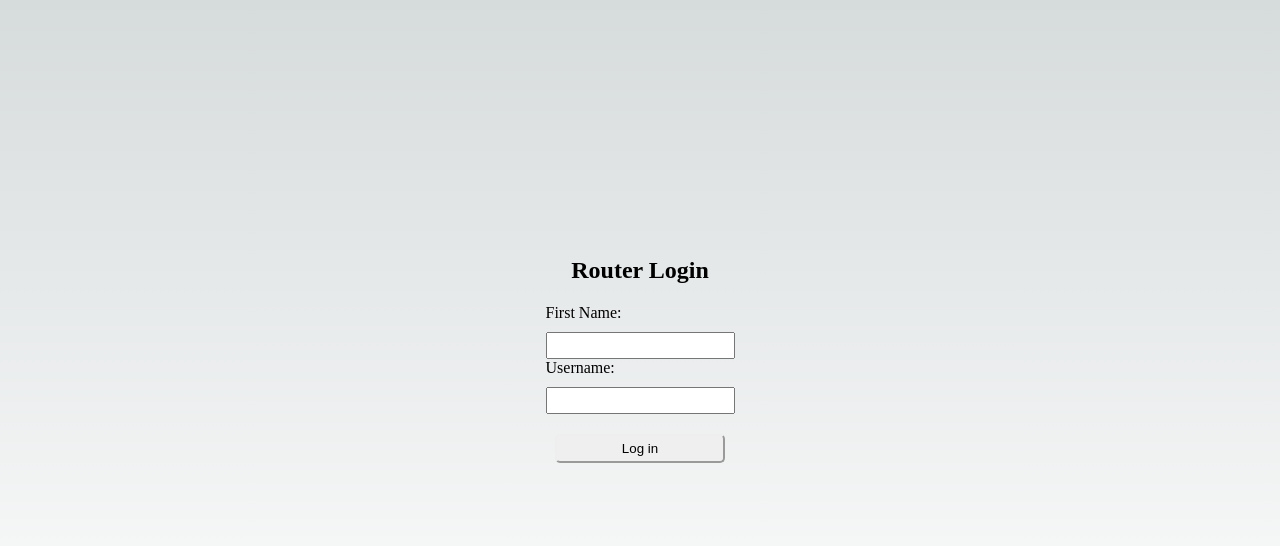
Repository: Mariessa-Pinto/week2-next.js-next-router-login
Page: /
An editor plug-in stored every save of this project. The page is shown before and after the next save, followed by the edit.
The browser window is 1280 px wide. The pictures show the whole page.
The project was rebuilt for these pictures with package versions that can differ from the ones it lists, and the page was loaded fresh each time. The framework's server and built-in components were replaced by stand-ins that run in the browser. Also part of the build but not shown: next.config.js.

Above is the page before, as saved 2023-01-11 07:50:04.

### pages/index.js
import Head from 'next/head'
import Image from 'next/image'
import { Inter } from '@next/font/google'
import styles from '../styles/Home.module.css'
import { useState } from 'react'
import { useRouter } from 'next/router'

const inter = Inter({ subsets: ['latin'] })

export default function Home() {

  const router = useRouter()

  const [formData, setFormData] = useState({
    firstName: '',
    username: ''
  })

  const CheckLogin = () => {
    console.log(formData.firstName)
    console.log(formData)

    if(formData.username !== null) {
      router.push( {
        pathname: './counter',
        query: {
          username: formData.username
        }
      })
    }
  }

  return (
    <>
      <Head>
        <title>Create Next App</title>
        <meta name="description" content="Generated by create next app" />
        <meta name="viewport" content="width=device-width, initial-scale=1" />
        <link rel="icon" href="/favicon.ico" />
      </Head>
      <main className={styles.main}>

       <h2>Router Login</h2>
       <div className={styles.form}>
        <div className={styles.inputField}>
          <label>First Name:</label>
          <input
            className={styles.input}
            type = "text"
            id = "first"
            name = "first"
            required
            pattern ="[A-Z]{1}[a-z]{2,10}"
            title="The first letter should be capitalized"
            onChange={(e => setFormData({...formData, firstName: e.target.value}))}
          />
        </div>

        <div className={styles.inputField}>
          <label>Username:</label>
          <input
            className={styles.input}
            type = "text"
            id = "username"
            name = "username"
            required
            title="Type your username"
            minLength="5"
            maxLength="10"
            onChange={(e => setFormData({...formData, username: e.target.value}))}
          />
        </div>
        </div>
       <button className={styles.button} type="submit" onClick={() => CheckLogin()}>Log in</button>
      </main>
    </>
  )
}

### styles/globals.css
:root {
  --max-width: 1100px;
  --border-radius: 12px;
  --font-mono: ui-monospace, Menlo, Monaco, 'Cascadia Mono', 'Segoe UI Mono',
    'Roboto Mono', 'Oxygen Mono', 'Ubuntu Monospace', 'Source Code Pro',
    'Fira Mono', 'Droid Sans Mono', 'Courier New', monospace;

  --foreground-rgb: 0, 0, 0;
  --background-start-rgb: 214, 219, 220;
  --background-end-rgb: 255, 255, 255;

  --primary-glow: conic-gradient(
    from 180deg at 50% 50%,
    #16abff33 0deg,
    #0885ff33 55deg,
    #54d6ff33 120deg,
    #0071ff33 160deg,
    transparent 360deg
  );
  --secondary-glow: radial-gradient(
    rgba(255, 255, 255, 1),
    rgba(255, 255, 255, 0)
  );

  --tile-start-rgb: 239, 245, 249;
  --tile-end-rgb: 228, 232, 233;
  --tile-border: conic-gradient(
    #00000080,
    #00000040,
    #00000030,
    #00000020,
    #00000010,
    #00000010,
    #00000080
  );

  --callout-rgb: 238, 240, 241;
  --callout-border-rgb: 172, 175, 176;
  --card-rgb: 180, 185, 188;
  --card-border-rgb: 131, 134, 135;
}

@media (prefers-color-scheme: dark) {
  :root {
    --foreground-rgb: 255, 255, 255;
    --background-start-rgb: 0, 0, 0;
    --background-end-rgb: 0, 0, 0;

    --primary-glow: radial-gradient(rgba(1, 65, 255, 0.4), rgba(1, 65, 255, 0));
    --secondary-glow: linear-gradient(
      to bottom right,
      rgba(1, 65, 255, 0),
      rgba(1, 65, 255, 0),
      rgba(1, 65, 255, 0.3)
    );

    --tile-start-rgb: 2, 13, 46;
    --tile-end-rgb: 2, 5, 19;
    --tile-border: conic-gradient(
      #ffffff80,
      #ffffff40,
      #ffffff30,
      #ffffff20,
      #ffffff10,
      #ffffff10,
      #ffffff80
    );

    --callout-rgb: 20, 20, 20;
    --callout-border-rgb: 108, 108, 108;
    --card-rgb: 100, 100, 100;
    --card-border-rgb: 200, 200, 200;

    --dark-red: darkred;
  }
}

* {
  box-sizing: border-box;
  padding: 0;
  margin: 0;
}

html,
body {
  max-width: 100vw;
  overflow-x: hidden;
}

body {
  color: rgb(var(--foreground-rgb));
  background: linear-gradient(
      to bottom,
      transparent,
      rgb(var(--background-end-rgb))
    )
    rgb(var(--background-start-rgb));
}

a {
  color: inherit;
  text-decoration: none;
}

@media (prefers-color-scheme: dark) {
  html {
    color-scheme: dark;
  }
}

### styles/Home.module.css
.main {
  display: flex;
  flex-direction: column;
  justify-content: center;
  align-items: center;
  padding: 6rem;
  min-height: 100vh;
  gap: 20px;
}

.button {
  border-color: rgb(var(--dark-red));
  padding: 5px 65px;
  border-radius: 5px;
}

.inputField {
  display: flex;
  flex-direction: column;
  gap: 10px;
}

.input {
  padding: 4px;
}

.description {
  display: inherit;
  justify-content: inherit;
  align-items: inherit;
  font-size: 0.85rem;
  max-width: var(--max-width);
  width: 100%;
  z-index: 2;
  font-family: var(--font-mono);
}

.description a {
  display: flex;
  justify-content: center;
  align-items: center;
  gap: 0.5rem;
}

.description p {
  position: relative;
  margin: 0;
  padding: 1rem;
  background-color: rgba(var(--callout-rgb), 0.5);
  border: 1px solid rgba(var(--callout-border-rgb), 0.3);
  border-radius: var(--border-radius);
}

.code {
  font-weight: 700;
  font-family: var(--font-mono);
}

.grid {
  display: grid;
  grid-template-columns: repeat(4, minmax(25%, auto));
  width: var(--max-width);
  max-width: 100%;
}

.card {
  padding: 1rem 1.2rem;
  border-radius: var(--border-radius);
  background: rgba(var(--card-rgb), 0);
  border: 1px solid rgba(var(--card-border-rgb), 0);
  transition: background 200ms, border 200ms;
}

.card span {
  display: inline-block;
  transition: transform 200ms;
}

.card h2 {
  font-weight: 600;
  margin-bottom: 0.7rem;
}

.card p {
  margin: 0;
  opacity: 0.6;
  font-size: 0.9rem;
  line-height: 1.5;
  max-width: 30ch;
}

.center {
  display: flex;
  justify-content: center;
  align-items: center;
  position: relative;
  padding: 4rem 0;
}

.center::before {
  background: var(--secondary-glow);
  border-radius: 50%;
  width: 480px;
  height: 360px;
  margin-left: -400px;
}

.center::after {
  background: var(--primary-glow);
  width: 240px;
  height: 180px;
  z-index: -1;
}

.center::before,
.center::after {
  content: '';
  left: 50%;
  position: absolute;
  filter: blur(45px);
  transform: translateZ(0);
}

.logo,
.thirteen {
  position: relative;
}

.thirteen {
  display: flex;
  justify-content: center;
  align-items: center;
  width: 75px;
  height: 75px;
  padding: 25px 10px;
  margin-left: 16px;
  transform: translateZ(0);
  border-radius: var(--border-radius);
  overflow: hidden;
  box-shadow: 0px 2px 8px -1px #0000001a;
}

.thirteen::before,
.thirteen::after {
  content: '';
  position: absolute;
  z-index: -1;
}

/* Conic Gradient Animation */
.thirteen::before {
  animation: 6s rotate linear infinite;
  width: 200%;
  height: 200%;
  background: var(--tile-border);
}

/* Inner Square */
.thirteen::after {
  inset: 0;
  padding: 1px;
  border-radius: var(--border-radius);
  background: linear-gradient(
    to bottom right,
    rgba(var(--tile-start-rgb), 1),
    rgba(var(--tile-end-rgb), 1)
  );
  background-clip: content-box;
}

/* Enable hover only on non-touch devices */
@media (hover: hover) and (pointer: fine) {
  .card:hover {
    background: rgba(var(--card-rgb), 0.1);
    border: 1px solid rgba(var(--card-border-rgb), 0.15);
  }

  .card:hover span {
    transform: translateX(4px);
  }
}

@media (prefers-reduced-motion) {
  .thirteen::before {
    animation: none;
  }

  .card:hover span {
    transform: none;
  }
}

/* Mobile */
@media (max-width: 700px) {
  .content {
    padding: 4rem;
  }

  .grid {
    grid-template-columns: 1fr;
    margin-bottom: 120px;
    max-width: 320px;
    text-align: center;
  }

  .card {
    padding: 1rem 2.5rem;
  }

  .card h2 {
    margin-bottom: 0.5rem;
  }

  .center {
    padding: 8rem 0 6rem;
  }

  .center::before {
    transform: none;
    height: 300px;
  }

  .description {
    font-size: 0.8rem;
  }

  .description a {
    padding: 1rem;
  }

  .description p,
  .description div {
    display: flex;
    justify-content: center;
    position: fixed;
    width: 100%;
  }

  .description p {
    align-items: center;
    inset: 0 0 auto;
    padding: 2rem 1rem 1.4rem;
    border-radius: 0;
    border: none;
    border-bottom: 1px solid rgba(var(--callout-border-rgb), 0.25);
    background: linear-gradient(
      to bottom,
      rgba(var(--background-start-rgb), 1),
      rgba(var(--callout-rgb), 0.5)
    );
    background-clip: padding-box;
    backdrop-filter: blur(24px);
  }

  .description div {
    align-items: flex-end;
    pointer-events: none;
    inset: auto 0 0;
    padding: 2rem;
    height: 200px;
    background: linear-gradient(
      to bottom,
      transparent 0%,
      rgb(var(--background-end-rgb)) 40%
    );
    z-index: 1;
  }
}

/* Tablet and Smaller Desktop */
@media (min-width: 701px) and (max-width: 1120px) {
  .grid {
    grid-template-columns: repeat(2, 50%);
  }
}

@media (prefers-color-scheme: dark) {
  .vercelLogo {
    filter: invert(1);
  }

  .logo,
  .thirteen img {
    filter: invert(1) drop-shadow(0 0 0.3rem #ffffff70);
  }
}

@keyframes rotate {
  from {
    transform: rotate(360deg);
  }
  to {
    transform: rotate(0deg);
  }
}

Loaded but not shown: pages/_app.js (common file); pages/_document.js (common file)

After the next save:
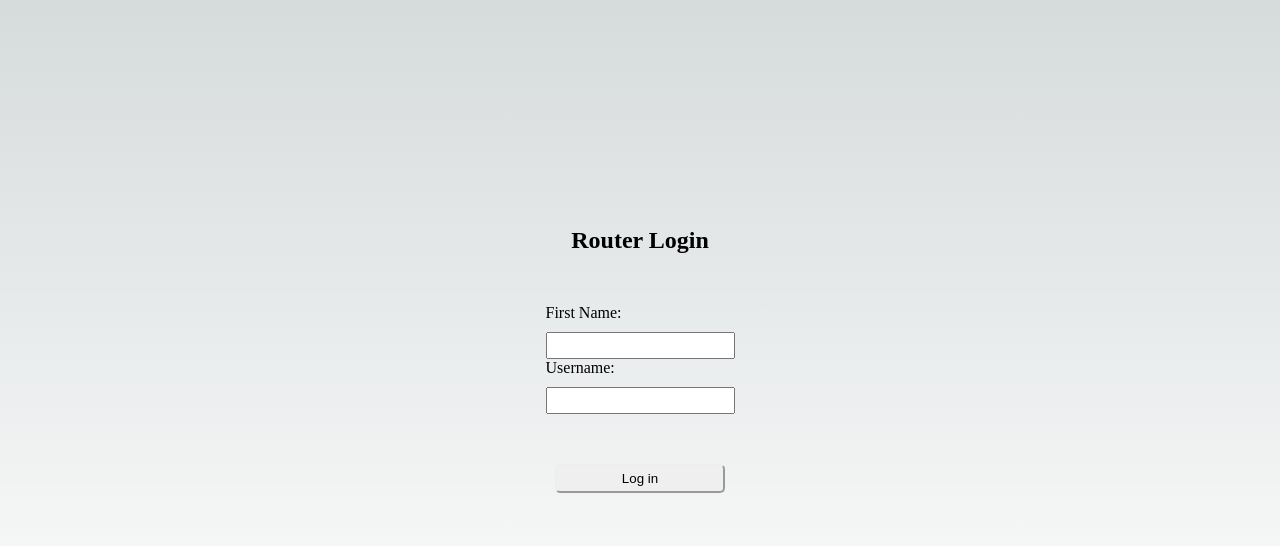
Saved 15 s later.
--- a/styles/Home.module.css
+++ b/styles/Home.module.css
@@ -5,7 +5,7 @@
   align-items: center;
   padding: 6rem;
   min-height: 100vh;
-  gap: 20px;
+  gap: 50px;
 }
 
 .button {
@@ -22,6 +22,11 @@
 
 .input {
   padding: 4px;
+}
+
+.form {
+  display: flex;
+  flex-direction: column;
 }
 
 .description {
